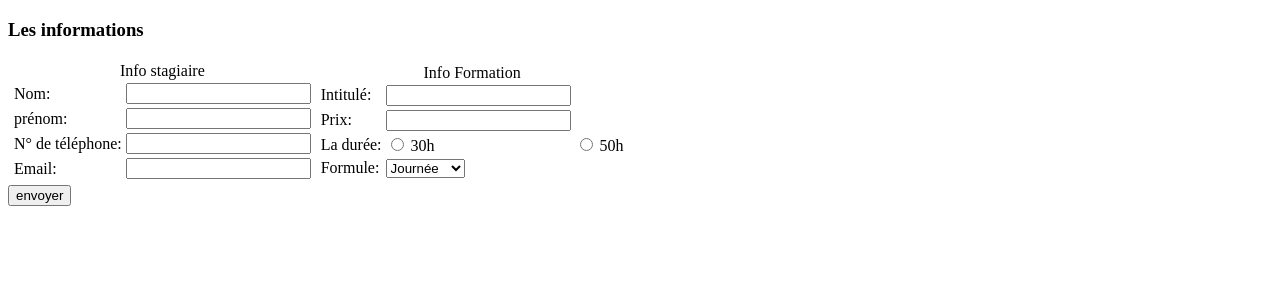
Repository: imouahrani/Gestion-des-stagiaires_JAVAEE
Page: http://localhost/InscriptionStagiaire/Formation.jsp
An editor plug-in stored every save of this project. The page is shown before and after the next save, followed by the edit.
The browser window is 1280 px wide. The pictures show the whole page.
The page is served by Tomcat 9. The template is opened directly, without the code that normally fills it, so the values that code supplies are empty.

Above is the page before, as saved 2018-07-29 12:34:41.

After the next save:
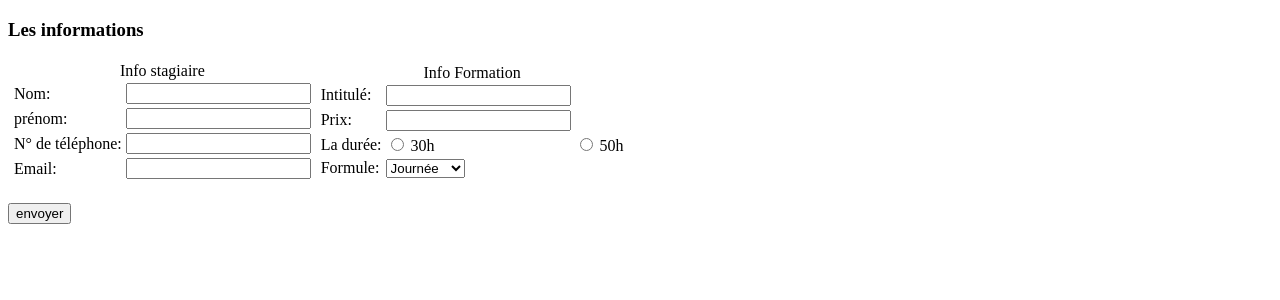
Saved 39 s later.
--- a/Formation Java Entreprise Edition/InscriptionStagiaire/WebContent/Formation.jsp
+++ b/Formation Java Entreprise Edition/InscriptionStagiaire/WebContent/Formation.jsp
@@ -74,8 +74,10 @@
 						<tr>
 
 							<td>La durée:</td>
-							<td><input type="radio" name="duree" value="30h"> 30h</td>
-							<td><input type="radio" name="duree" value="50h"> 50h</td>
+							<td><input type="radio" name="duree" value="30h">
+								30h</td>
+							<td><input type="radio" name="duree" value="50h">
+								50h</td>
 
 
 
@@ -87,18 +89,13 @@
 							<td>Formule:</td>
 
 
-								<td>
+							<td><select name="formule">
 
+									<option>Journée</option>
+									<option>Soir</option>
+									<option>Weekend</option>
 
-										<select name="formule">
-
-												<option>Journée</option>
-												<option>Soir</option>
-												<option>Weekend</option>
-
-										</select>
-
-								</td>
+							</select></td>
 
 						</tr>
 
@@ -118,8 +115,8 @@
  		out.println(message);
  	}
  %>
-	</b>
-		<input type="submit" value="envoyer">
+	</b><br>
+	<input type="submit" value="envoyer">
 
 
 </body>
